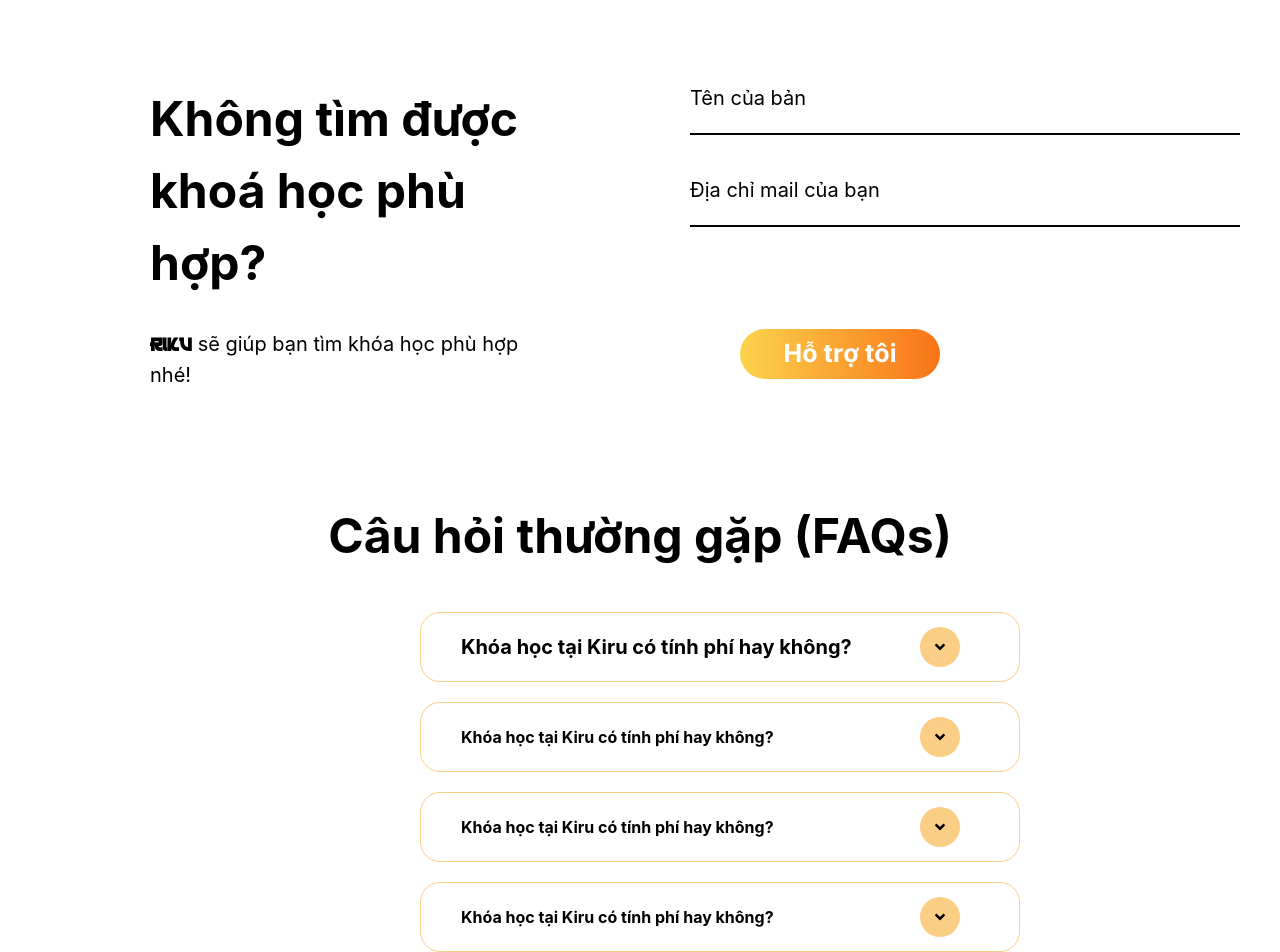
Repository: Quynhhuong150322/Kiru_Website-hoc-tieng-Nhat
Page: /
An editor plug-in stored every save of this project. The page is shown before and after the next save, followed by the edit.
The browser window is 1280 px wide. The pictures show the part of the page from y = 3373 to 4325 px (the page is 4325 px tall).
The project was rebuilt for these pictures with package versions that can differ from the ones it lists, and the page was loaded fresh each time.

Above is the page before, as saved 2023-08-16 17:34:24.

After the next save:
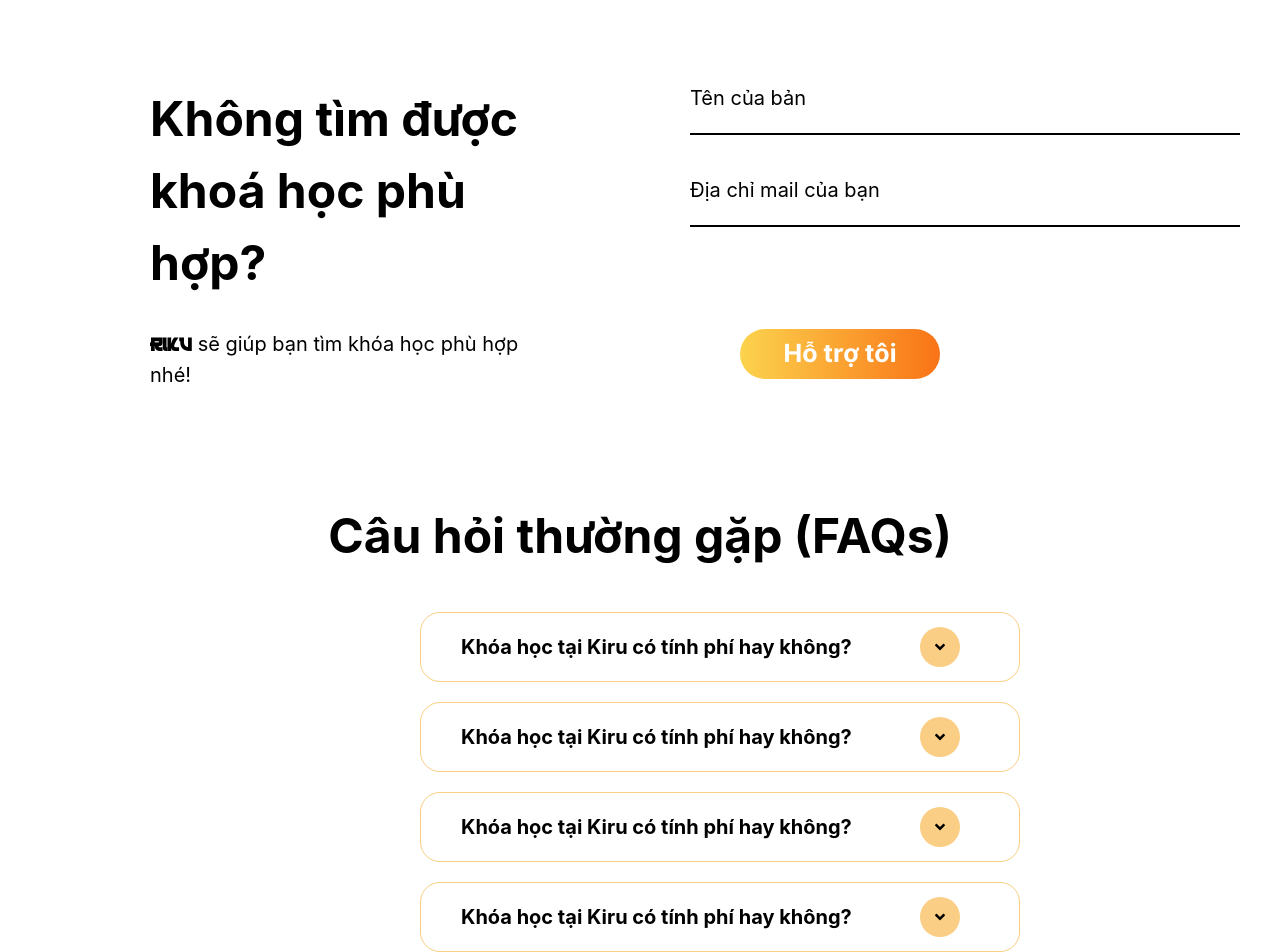
Saved 16 s later.
--- a/src/component/FAQs.js
+++ b/src/component/FAQs.js
@@ -17,7 +17,7 @@ const FAQs = () => {
                 </div>
                 <div className="px-[420px] content-center pt-5 ">
                     <div className="h-[70px] w-[600px]  border border-amber-500/50 rounded-[20px]  px-10 grid grid-cols-2 gap-[400px] items-center">
-                        <p className="flex-initial w-[800px] font-bold">Khóa học tại Kiru có tính phí hay không?</p>
+                        <p className="flex-initial w-[800px] font-bold text-[20px]">Khóa học tại Kiru có tính phí hay không?</p>
                         <div className="w-[40px] h-[40px] bg-amber-500/50 rounded-[30px] items-center py-3 pl-3">
                             <FaAngleDown/>
                         </div>
@@ -25,7 +25,7 @@ const FAQs = () => {
                 </div>
                 <div className="px-[420px] content-center pt-5 ">
                     <div className="h-[70px] w-[600px]  border border-amber-500/50 rounded-[20px]  px-10 grid grid-cols-2 gap-[400px] items-center">
-                        <p className="flex-initial w-[800px] font-bold">Khóa học tại Kiru có tính phí hay không?</p>
+                        <p className="flex-initial w-[800px] font-bold text-[20px]">Khóa học tại Kiru có tính phí hay không?</p>
                         <div className="w-[40px] h-[40px] bg-amber-500/50 rounded-[30px] items-center py-3 pl-3">
                             <FaAngleDown/>
                         </div>
@@ -33,7 +33,7 @@ const FAQs = () => {
                 </div>
                 <div className="px-[420px] content-center pt-5 ">
                     <div className="h-[70px] w-[600px]  border border-amber-500/50 rounded-[20px]  px-10 grid grid-cols-2 gap-[400px] items-center">
-                        <p className="flex-initial w-[800px] font-bold">Khóa học tại Kiru có tính phí hay không?</p>
+                        <p className="flex-initial w-[800px] font-bold text-[20px]">Khóa học tại Kiru có tính phí hay không?</p>
                         <div className="w-[40px] h-[40px] bg-amber-500/50 rounded-[30px] items-center py-3 pl-3">
                             <FaAngleDown/>
                         </div>
